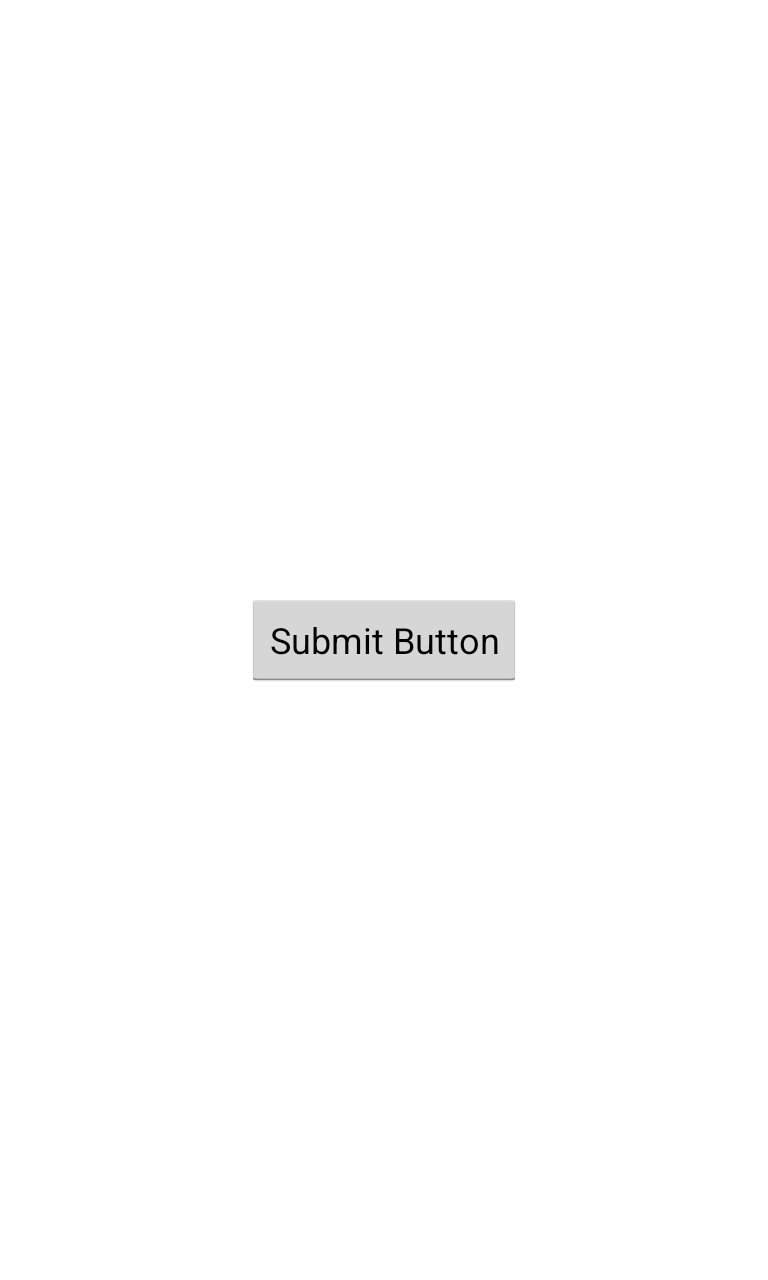
Repository: johnhof/App-Design
Layout: NoteTaker/res/layout/activity_main.xml
An editor plug-in stored every save of this project. The layout is shown before and after the next save, followed by the edit.
It is drawn on a 768 x 1280 px phone screen (xhdpi) without system bars, with theme AppTheme; the app's code is not run.

Above is the layout before, as saved 2013-01-31 20:03:52.

### NoteTaker/res/layout/activity_main.xml
<RelativeLayout xmlns:android="http://schemas.android.com/apk/res/android"
    xmlns:tools="http://schemas.android.com/tools"
    android:layout_width="match_parent"
    android:layout_height="match_parent"
    android:orientation="vertical"
    tools:context=".MainActivity" >

    <Button android:id="@+id/button"
            android:layout_width="wrap_content"
            android:layout_height="wrap_content"
            android:layout_centerInParent="true"
            android:text="@string/button_submit" />
</RelativeLayout>

### NoteTaker/res/values/strings.xml
<?xml version="1.0" encoding="utf-8"?>
<resources>

    <string name="app_name">NoteTaker</string>
    <string name="menu_settings">Settings</string>
    <string name="button_submit">Submit Button</string>


</resources>

Loaded but not shown: NoteTaker/res/values/styles.xml (common file); NoteTaker/res/values-v11/styles.xml (common file); NoteTaker/res/values-v14/styles.xml (common file)

After the next save:
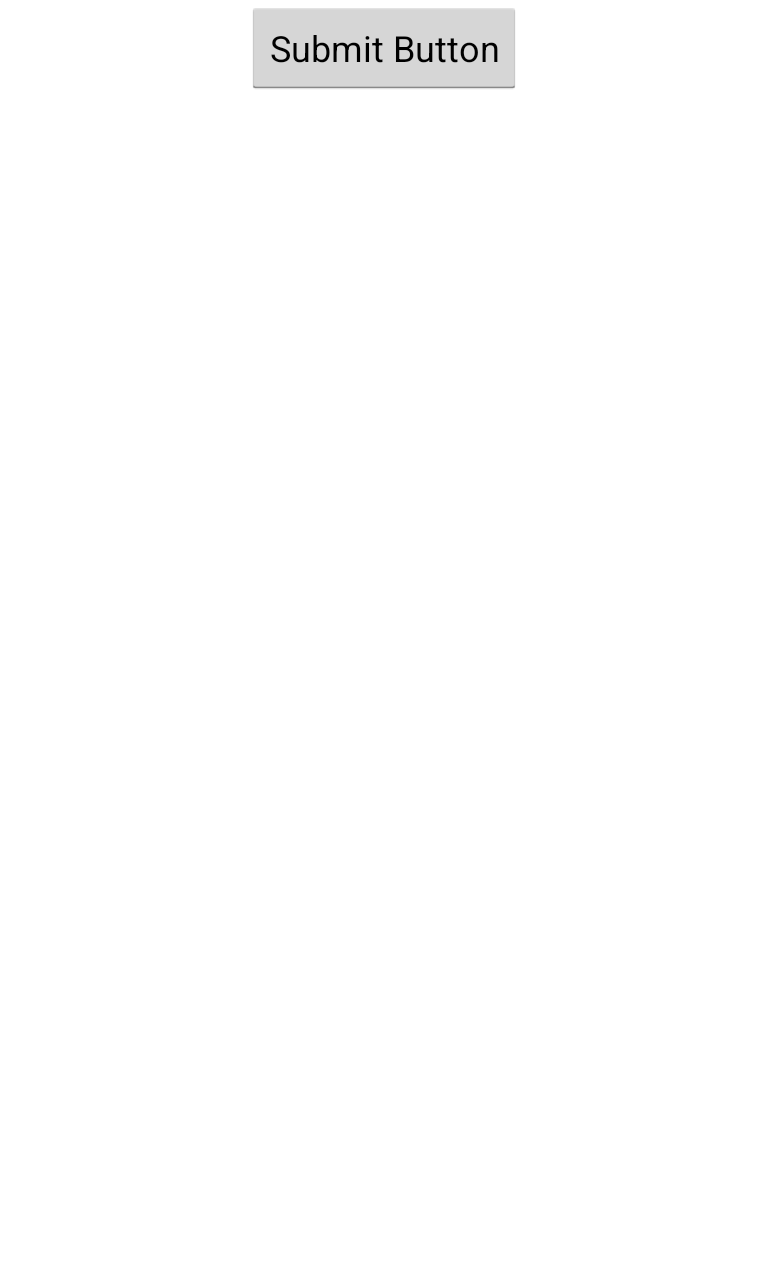
Saved 2 min 9 s later.
--- a/NoteTaker/res/layout/activity_main.xml
+++ b/NoteTaker/res/layout/activity_main.xml
@@ -8,6 +8,6 @@
     <Button android:id="@+id/button"
             android:layout_width="wrap_content"
             android:layout_height="wrap_content"
-            android:layout_centerInParent="true"
+            android:layout_centerHorizontal="true"
             android:text="@string/button_submit" />
 </RelativeLayout>
